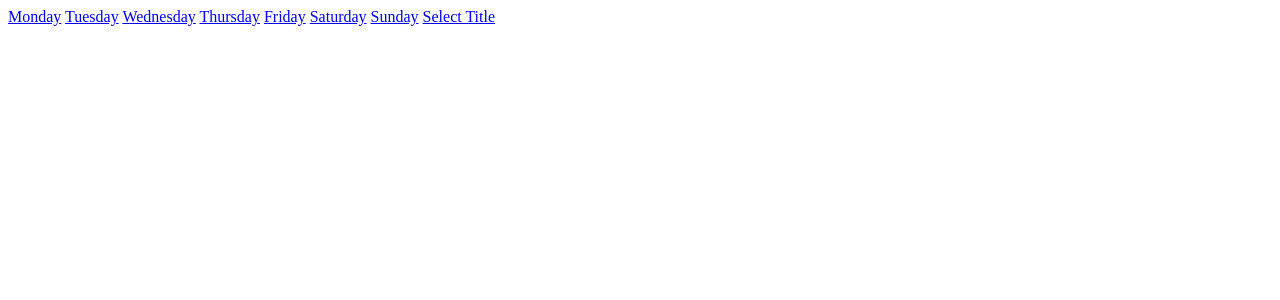
Repository: Art-of-Arts/dotFiles
Page: Documents/pages/index.html
The author's editor kept a copy of each file at every save. The page is drawn from the files as they stood at one save, then again after the next save.
The browser window is 1280 px wide. The pictures show the whole page.

Above is the page before, as saved 2025-01-26 20:26:39.

After the next save:
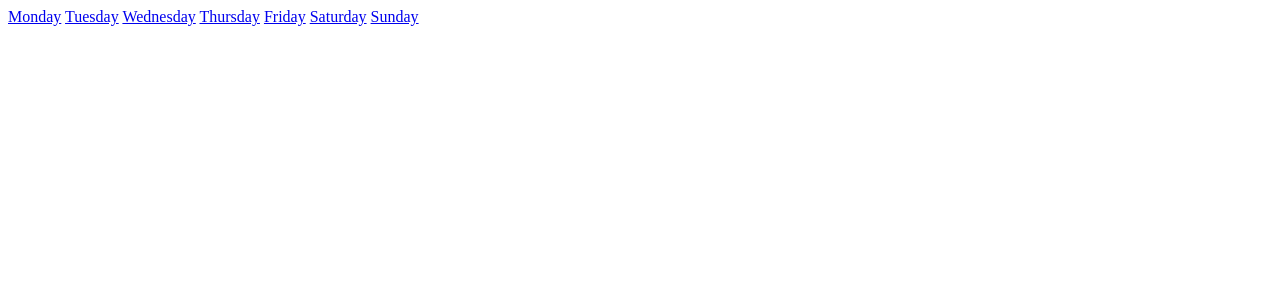
Saved 86 s later.
--- a/Documents/pages/index.html
+++ b/Documents/pages/index.html
@@ -10,5 +10,4 @@
     <a style="white-space: pre-line;" href="friday.html">Friday</a>
     <a style="white-space: pre-line;" href="saturday.html">Saturday</a>
     <a style="white-space: pre-line;" href="sunday.html">Sunday</a>
-    <a style="white-space: pre-line;" href="html-selector-page.html">Select Title</a>
 </div>
